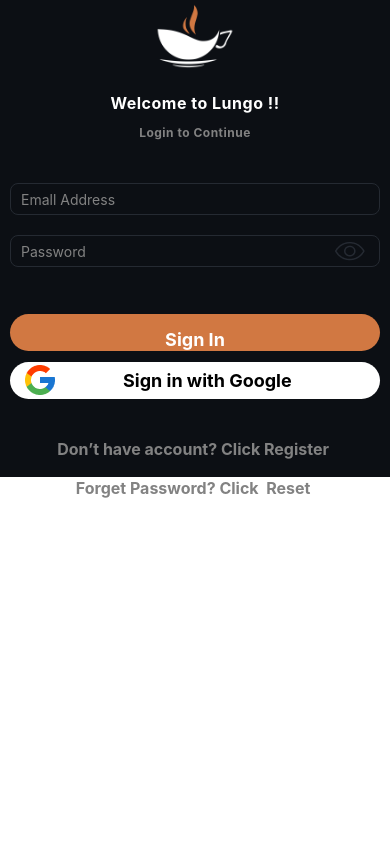
Repository: nguoilaisaochoi/App-coffe
Screen: /
These files come from the project's save history. The screen is drawn as it stood at one moment and after a run of saves; the edit follows.
The app was drawn by React Native's web renderer in a window 390 px wide. The project was rebuilt for these pictures with package versions that can differ from the ones it lists, and the page was loaded fresh each time.

Above is the screen before, as saved 2024-01-12 21:19:03.

After the next 8 saves:
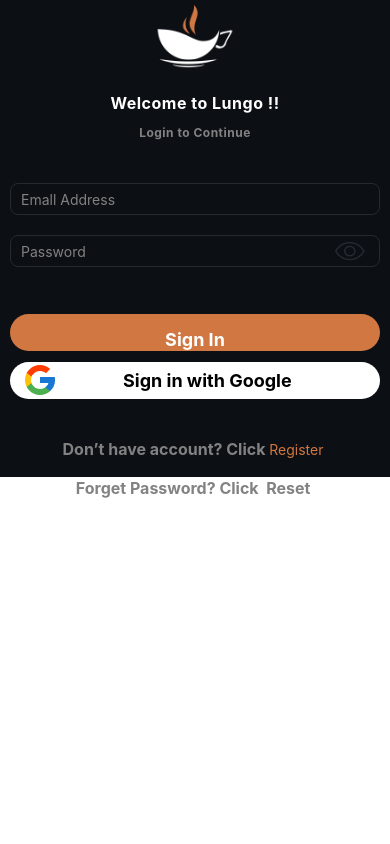
The 8 saves are shown as one change because 2 did not build or start and some came seconds apart.
The last was saved 55 s later.
--- a/src/Login.js
+++ b/src/Login.js
@@ -56,7 +56,9 @@
         </TouchableOpacity>
         <View style={mystyle.donacc}>
           <Text style={mystyle.donaccText}>Don’t have account? Click </Text>
-          <Text style={mystyle.donaccText}>Register </Text>
+          <Text style={(mystyle.donaccText, {color: '#D17842'})}>
+            Register{' '}
+          </Text>
         </View>
         <View style={mystyle.donacc}>
           <Text style={mystyle.donaccText}>Forget Password? Click </Text>

After the 4 saves that followed:
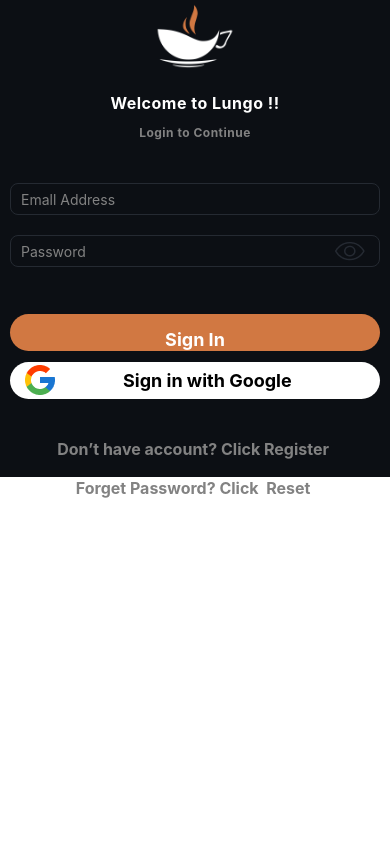
The 4 saves are shown as one change because 1 did not build or start and some came seconds apart.
The last was saved 22 s later.
--- a/src/Login.js
+++ b/src/Login.js
@@ -56,7 +56,7 @@
         </TouchableOpacity>
         <View style={mystyle.donacc}>
           <Text style={mystyle.donaccText}>Don’t have account? Click </Text>
-          <Text style={(mystyle.donaccText, {color: '#D17842'})}>
+          <Text style={(mystyle.donaccText)}>
             Register{' '}
           </Text>
         </View>
